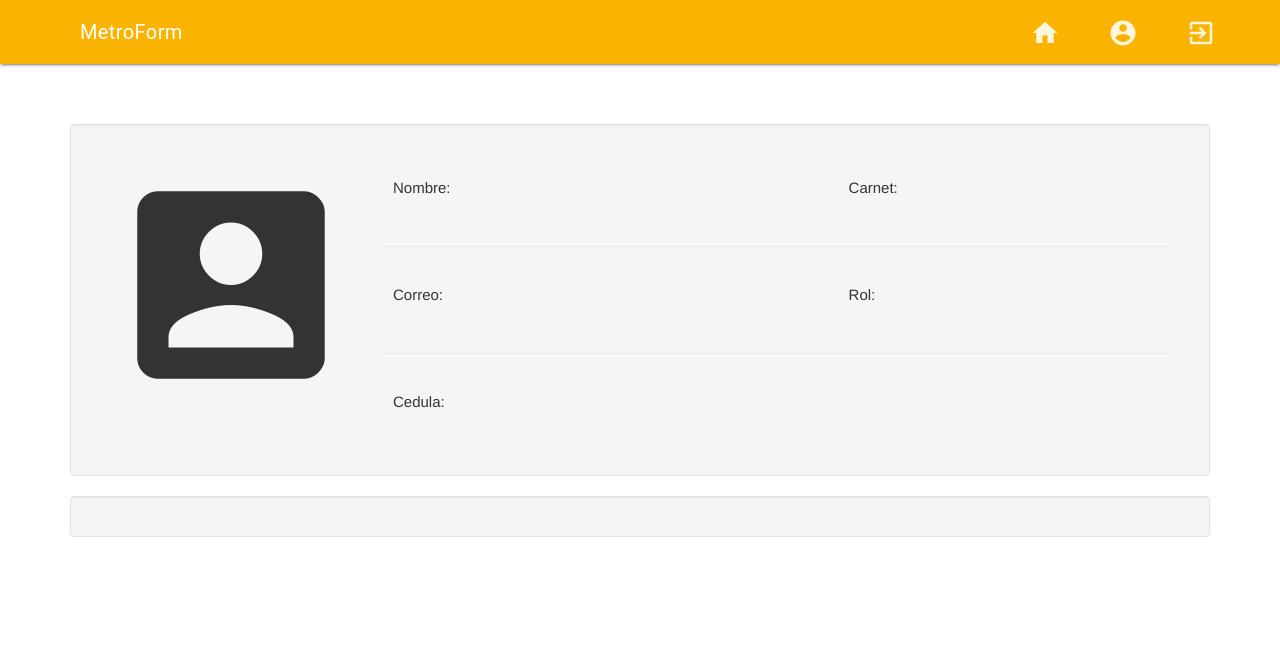
Repository: rodolfofranco/Metroform
Page: Vistas/Usuario.html
The author's editor kept a record of every edit. The page is drawn from the files as they stood at one moment, then again after the next edit.
The browser window is 1280 px wide. The pictures show the whole page.
The page's requests for data from a server got no answer. Some web libraries are served in a nearby version.

Above is the page before.

### Vistas/Usuario.html
<!doctype html>
<html lang="en">
<head>
    <meta charset="UTF-8">
    <title>Usuario</title>
    <link rel="icon" href="https://docs.google.com/drawings/d/1ylcSicomADdqRAxfwIYxs4rZHaAItDxtS83HyI_O_Zs/pub?w=113&h=50">
    <link rel="stylesheet" href="https://fonts.googleapis.com/icon?family=Material+Icons">
    <link rel="stylesheet" href="https://code.getmdl.io/1.3.0/material.indigo-pink.min.css">
        <!-- Latest compiled and minified CSS -->
    <link rel="stylesheet" href="https://maxcdn.bootstrapcdn.com/bootstrap/3.3.7/css/bootstrap.min.css" integrity="sha384-BVYiiSIFeK1dGmJRAkycuHAHRg32OmUcww7on3RYdg4Va+PmSTsz/K68vbdEjh4u" crossorigin="anonymous">

    <!-- Latest compiled and minified JavaScript -->
    <script type = "text/javascript" src = "https://code.jquery.com/jquery-3.1.1.min.js"></script>
    <script src="https://maxcdn.bootstrapcdn.com/bootstrap/3.3.7/js/bootstrap.min.js" integrity="sha384-Tc5IQib027qvyjSMfHjOMaLkfuWVxZxUPnCJA7l2mCWNIpG9mGCD8wGNIcPD7Txa" crossorigin="anonymous"></script>
    <script defer src="https://code.getmdl.io/1.3.0/material.min.js"></script>
    <link rel="stylesheet" href="css/Usuario.css">
</head>
<body>
<!-- Always shows a header, even in smaller screens. -->
<div class="mdl-layout mdl-js-layout mdl-layout--fixed-header">
  <header class="mdl-layout__header" style="background-color: #f9b300">
    <div class="mdl-layout__header-row">
      <!-- Title -->
      <span class="mdl-layout-title">MetroForm</span>
      <!-- Add spacer, to align navigation to the right -->
      <div class="mdl-layout-spacer"></div>
      <!-- Navigation. We hide it in small screens. -->
      <nav class="mdl-navigation mdl-layout--large-screen-only">
      <a class="mdl-navigation__link links" href="/Home">
        <div class=""></div>
        <i class="icon material-icons" id="iconHome" style="text-allign:right ; font-size: 30px">home</i>
        <div class="mdl-tooltip mdl-tooltip--large" for="iconHome">
          Inicio
        </div>
      </a>
      <a class="mdl-navigation__link links" href="/Usuario">
        <i class="icon material-icons" id="iconAccount" style="text-allign:right ; font-size: 30px">account_circle</i>
        <div class="mdl-tooltip mdl-tooltip--large" id="perfil" for="iconAccount">

        </div>
      </a>
      <a class="mdl-navigation__link links" href="/logout">
        <i class="icon material-icons" id="iconLogout" style="text-allign:right ; font-size: 30px">exit_to_app</i>
        <div class="mdl-tooltip mdl-tooltip--large" for="iconLogout">
          Salir
        </div>
      </a>
      </nav>

    </div>
  </header>
  <div class="mdl-layout__drawer">
    <span class="mdl-layout-title">Menu</span>
    <nav class="mdl-navigation" id="menu">
    </nav>
  </div>
   <!-- Acá va el contenido de la vista -->
  <main class="mdl-layout__content">
    <div class="page-content container">
      <br>
      <br>
      <br>
      <div class="well">
        <div class="mdl-grid">

          <div class="mdl-cell mdl-cell--3-col">
            <i class="material-icons resize">account_box</i>
          </div>

          <div class="mdl-cell mdl-cell--9-col">
            <div class="mdl-grid">
              <div class="mdl-cell mdl-cell--1-col">
                <p class="datos-Perfil">Nombre:</p>
              </div>
              <div id="nombre" class="mdl-cell mdl-cell--6-col">
              </div>
              <div class="mdl-cell mdl-cell--1-col">
                <p class="datos-Perfil" id="car">Carnet:</p>
              </div>
              <div id="carnet" class="mdl-cell mdl-cell--4-col">

              </div>
            </div>
            <hr>
            <div class="mdl-grid">
              <div class="mdl-cell mdl-cell--1-col">
                <p class="datos-Perfil">Correo:</p>
              </div>
              <div id="correo" class="mdl-cell mdl-cell--6-col">

              </div>
              <div class="mdl-cell mdl-cell--1-col">
                <p class="datos-Perfil">Rol:</p>
              </div>
              <div id="rol" class="mdl-cell mdl-cell--4-col">

              </div>
            </div>
            <hr>
            <div class="mdl-grid">
              <div class="mdl-cell mdl-cell--1-col">
                <p class="datos-Perfil" id="ced">Cedula:</p>
              </div>
              <div id="cedula" class="mdl-cell mdl-cell--6-col">

              </div>
            </div>
          </div>

        </div>
      </div>
      <div class="well">
        <center>
          <div class="row">
            <div class="col-sm-6" >
              <div id="titulo">

              </div>
              <table class="mdl-data-table mdl-js-data-table mdl-data-table mdl-shadow--2dp">

                  <thead id="tablaDocente">

                  </thead>

                <tbody id="matDocente">

                </tbody>

              </table>

              <table class="mdl-data-table mdl-js-data-table mdl-data-table mdl-shadow--2dp">

                  <thead id="tablaUsuario">

                  </thead>

                <tbody id="matUsuario">

                </tbody>

              </table>
            </div>
            <div class="col-sm-6" id="est" style="display:none">
                <div id="titulo2">

                </div>
                <form action="/Usuario" id="retirar" method="POST">
                  <select class="form-control"  name="materia" id="materia">
                    <option selected="selected" disabled>Seleccione la Materia a retirar</option>
                  </select>
                  <br>
                  <br>
                  <br>
                  <div id="enviar">

                  </div>
                </form>

              </div>

            </div>
          </div>
        </center>


    </div>
  </main>
</div>
<script type="text/javascript" src="js/usuarioActivo.js"></script>
<script type="text/javascript" src="js/materiaUsuario.js"></script>
</body>
</html>

### css/Usuario.css
.mdl-layout__drawer .mdl-navigation .mdl-navigation__link:hover {
    background-color: #90caf9;
}

.background {
    background-image: url("http://www.unimet.edu.ve/unimetsite/wp-content/themes/unimet/images/bg-unimet.jpg");
    background-repeat: no-repeat;
}

.datos-Perfil{
    font-size: 15px;
}

.perfil{
    font-size: 25px;
}

i.material-icons.resize{
    font-size:250px;
}

### js/usuarioActivo.js
$(document).ready(function() {
    // all custom jQuery will go here

    let urlE = "https://metroform-aleguerrero.c9users.io/usuarioActivo";
    let urlJefes= "https://metroform-aleguerrero.c9users.io/getJefes";
    let urlDocentes = "https://metroform-aleguerrero.c9users.io/getDocentes";


        $.getJSON(urlE,function(data){
            $.getJSON(urlDocentes,function(docente){
                $.getJSON(urlJefes,function(jefe){
                    if(data.scope!="admin"){
                        $('#perfil').append(data.nombre);
                        $('#nombre').append('<p class="perfil">'+data.nombre+'</p>');
                        $('#carnet').append('<p class="perfil">'+data.carnet+'</p>');
                        $('#cedula').append('<p class="perfil">'+data.cedula+'</p>');
                        $('#correo').append('<p class="perfil">'+data.correo+'</p>');
                        $('#rol').append('<p class="perfil">'+data.scope+'</p>');
                    }



                    if(data.scope=="admin"){
                        $('#perfil').append('Admin');
                        $('#nombre').append('<p class="perfil">Admin</p>');
                        $('#car').remove();
                        $('#ced').remove();
                        $('#correo').append('<p class="perfil">admin@admin.com</p>');
                        $('#rol').append('<p class="perfil">Admin</p>');
                    }

                    $('#menu').append('<a class="mdl-navigation__link links" style="text-decoration:none"href="/Home"><i class="material-icons">home</i>    Inicio</a>');
                    if(data.scope=="Estudiante"){
                        $('#menu').append('<a class="mdl-navigation__link links" style="text-decoration:none" href="/EncuestaB">'+
                        '<i class="material-icons">description</i>Encuesta</a>')
                    }
                    if(data.scope=="Estudiante"){
                        $('#menu').append('<a class="mdl-navigation__link links" style="text-decoration:none" href="/Inscripcion">'+
                        '<i class="material-icons">control_point</i>Inscripcion</a>')
                    }
                    if(data.scope=="Profesor"){
                        $('#menu').append('<a class="mdl-navigation__link links" style="text-decoration:none" href="/EncuestaA">'+
                        '<i class="material-icons">description</i>Encuesta</a>')
                    }
                    if(data.scope=="Profesor"){
                        $('#menu').append('<a class="mdl-navigation__link links" style="text-decoration: none" href="/Reporte"><i class="material-icons">info_outline</i>    Reporte</a>')
                    }
                    $('#menu').append('<a class="mdl-navigation__link links" style="text-decoration:none"href="/Docentes"><i class="material-icons">list</i>   Secciones</a>');
                    $('#menu').append('<a class="mdl-navigation__link links" style="text-decoration:none" href="/Usuario">'+
                    '<i class="icon material-icons" id="iconAccount" style="text-allign:right; font-size: 30px">account_circle</i>Perfil</a>');
                    if(data.scope=="admin"){
                        $('#menu').append('<a class="mdl-navigation__link links" style="text-decoration: none" href="/Modificaciones"><i class="material-icons">info_outline</i>    Modificaciones</a>')
                    }
                    $('#menu').append('<a class="mdl-navigation__link links" style="text-decoration:none"href="/logout"><i class="material-icons">exit_to_app</i>    Salir</a>');

                    //BOTONES DE INICIO

                    if(data.scope=="Estudiante"){
                        $('#menu2').append('<a href="/EncuestaB" class="col-sm-3"  style="text-decoration:none">'+
                                                '<div class="bot2" style="text-decoration:none">REALIZA LA ENCUESTA!</div>'+
                                            '</a>'+
                                          '<a href="/Inscripcion" class="col-sm-3" style="text-decoration:none">'+
                                                '<div class="bot2" style="text-decoration:none">INSCRIBE TUS MATERIAS!</div>'+
                                          '</a>'+
                                          '<a href="/Docentes" class="col-sm-3" style="text-decoration:none">'+
                                                '<div class="bot2" style="text-decoration:none">MIRA LAS SECCIONES!</div>'+
                                          '</a>'+
                                          '<a href="/Usuario" class="col-sm-3" style="text-decoration:none">'+
                                                '<div class="bot2" style="text-decoration:none">RETIRA LAS MATERIAS!</div>'+
                                          '</a>');

                    }
                    if(data.scope=="Profesor"){
                        $('#menu2').append('<a href="/EncuestaA" class="col-sm-4"  style="text-decoration:none">'+
                                                '<div class="bot" style="text-decoration:none">REALIZAR LA ENCUESTA!</div>'+
                                            '</a>'+
                                          '<a href="/Reporte" class="col-sm-4" style="text-decoration:none">'+
                                                '<div class="bot" style="text-decoration:none">PIDE TU REPORTE!</div>'+
                                          '</a>'+
                                          '<a href="/Docentes" class="col-sm-4" style="text-decoration:none">'+
                                                '<div class="bot" style="text-decoration:none">MIRA LAS SECCIONES!</div>'+
                                          '</a>');

                    }




                });
            });
        });

});

Loaded but not shown: js/materiaUsuario.js (352 lines, source omitted)

After the next edit:
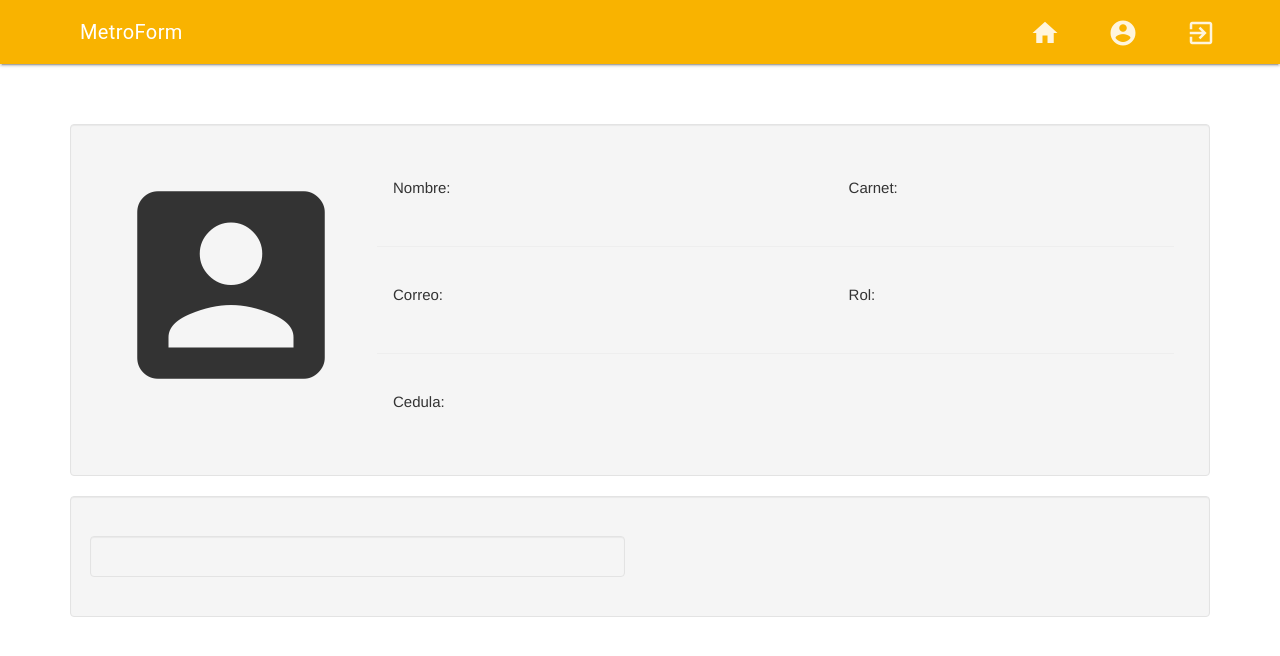
The edit:
--- a/Vistas/Usuario.html
+++ b/Vistas/Usuario.html
@@ -127,7 +127,14 @@
                 </tbody>
 
               </table>
+              <br>
+        <div class="well">
+        <center>
+          <div class="row">
+            <div class="col-sm-6" >
+              <div id="titulo">
 
+              </div>
               <table class="mdl-data-table mdl-js-data-table mdl-data-table mdl-shadow--2dp">
 
                   <thead id="tablaUsuario">
